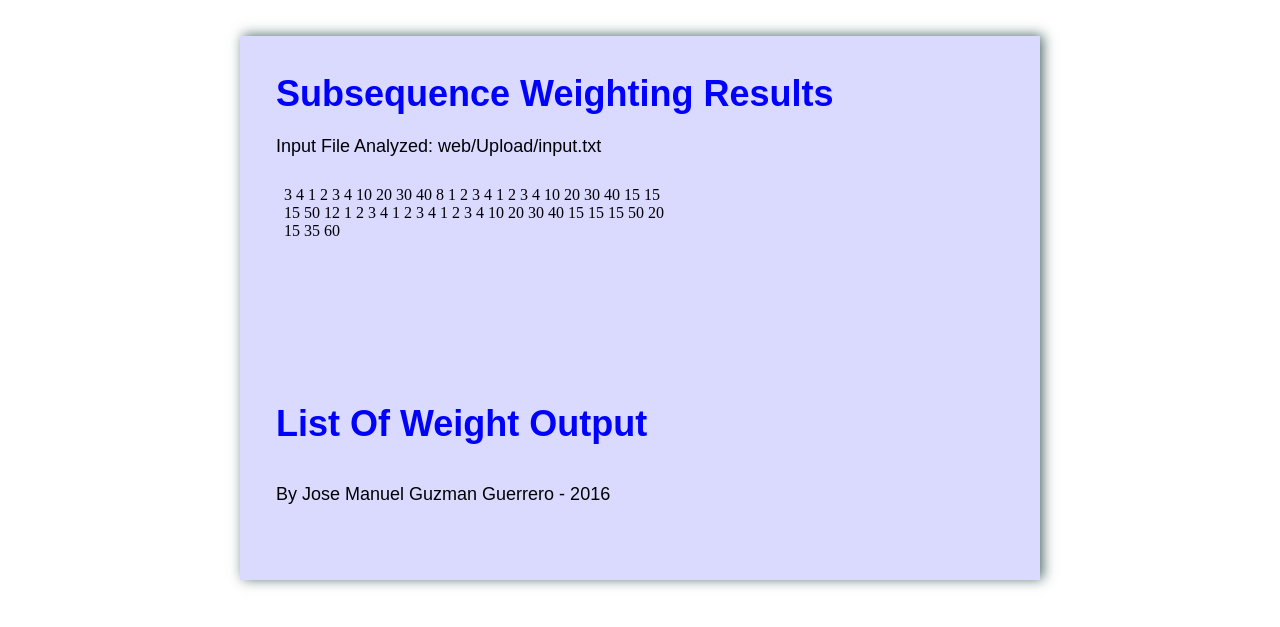
Repository: manolog8/subsequence
Page: src/SW/SubsequenceBundle/Resources/views/SubSequence/index.html.twig
The author's editor kept a record of every edit. The page is drawn from the files as they stood at one moment, then again after the next edit.
The browser window is 1280 px wide. The pictures show the whole page.
The page is a Twig template of a Symfony application; nobody is signed in and links lead nowhere. The template is opened directly, without the code that normally fills it, so the values that code supplies are empty.

Above is the page before.

### src/SW/SubsequenceBundle/Resources/views/SubSequence/index.html.twig
<!DOCTYPE html>
<html>
    <head>
        <meta charset="UTF-8" />
        <title>{% block title %}Subsequence Weighting{% endblock %}</title>
        <link rel="icon" type="image/x-icon" href="{{ asset('favicon.ico') }}" />
    </head>
    <body>
    {% block body %}
    <div id="wrapper">
        <div id="container">
            <h1>Subsequence Weighting Results</h1>
                <div id="welcome">
                     <p>Input File Analyzed: web/Upload/input.txt</p>
                    <object type="text/plain" data='../../../../../../../../web/Upload/input.txt' width="400" height="180"></object>
                </div>
                <div id="welcome">
                    <h1>List Of Weight Output</h1>
                </div>
                <div id="welcome">
                    <ul>
                    {% for key, weight in weightlist %}
                        <li>{{ key }}: <strong>{{ weight}}</strong></li>
                    {% endfor %}
                    </ul>
                </div>
                <div id="welcome">
                    <p>By Jose Manuel Guzman Guerrero - 2016 </p>
                </div>
        </div>
    </div>
{% endblock %}
{% block stylesheets %}
<style>
    body { background: #FFFFFF; font: 18px/1.5 sans-serif; }
    h1, h2 { line-height: 1.2; margin: 0 0 .5em;color:blue; }
    h1 { font-size: 36px; }
    h2 { font-size: 21px; margin-bottom: 1em; }
    p { margin: 0 0 1em 0; }
    a { color: #0000F0; }
    a:hover { text-decoration: none; }
    strong { color: Red; }
    #wrapper { background: #DAD9FF; margin: 1em auto; max-width: 800px; width: 95%; }
    #container { padding: 2em; box-shadow:  3px -1px 12px 0px rgba(14, 50, 50, 0.72);}
    #welcome, #status { margin-bottom: 2em; }
    #welcome h1 span { display: block; font-size: 75%; }
    #icon-status, #icon-book { float: left; height: 64px; margin-right: 1em; margin-top: -4px; width: 64px; }
    #icon-book { display: none; }

    @media (min-width: 768px) {
        #wrapper { width: 80%; margin: 2em auto; }
        #icon-book { display: inline-block; }
        #status a, #next a { display: block; }
        @-webkit-keyframes fade-in { 0% { opacity: 0; } 100% { opacity: 1; } }
        @keyframes fade-in { 0% { opacity: 0; } 100% { opacity: 1; } }
        .sf-toolbar { opacity: 0; -webkit-animation: fade-in 1s .2s forwards; animation: fade-in 1s .2s forwards;}
    }
</style>
{% endblock %}
</html>

### web/Upload/input.txt
3
4
1 2 3 4
10 20 30 40
8
1 2 3 4 1 2 3 4
10 20 30 40 15 15 15 50
12
1 2 3 4 1 2 3 4 1 2 3 4
10 20 30 40 15 15 15 50 20 15 35 60

After the next edit:
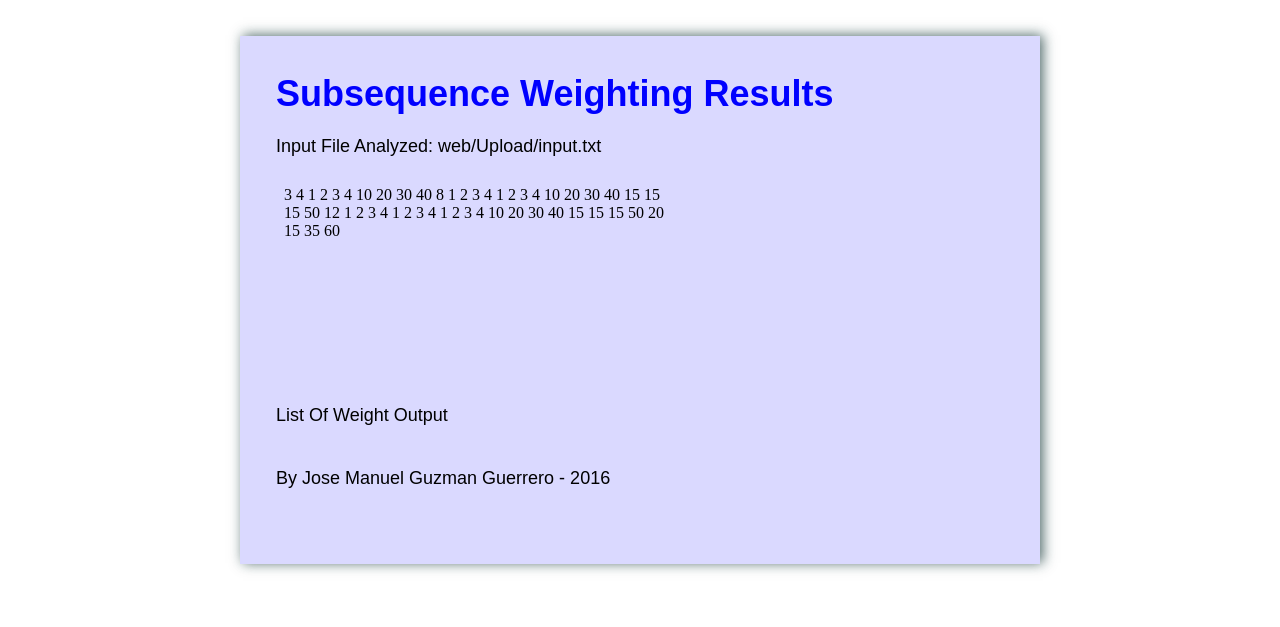
The edit:
--- a/src/SW/SubsequenceBundle/Resources/views/SubSequence/index.html.twig
+++ b/src/SW/SubsequenceBundle/Resources/views/SubSequence/index.html.twig
@@ -15,7 +15,7 @@
                     <object type="text/plain" data='../../../../../../../../web/Upload/input.txt' width="400" height="180"></object>
                 </div>
                 <div id="welcome">
-                    <h1>List Of Weight Output</h1>
+                    <p>List Of Weight Output</p>
                 </div>
                 <div id="welcome">
                     <ul>
